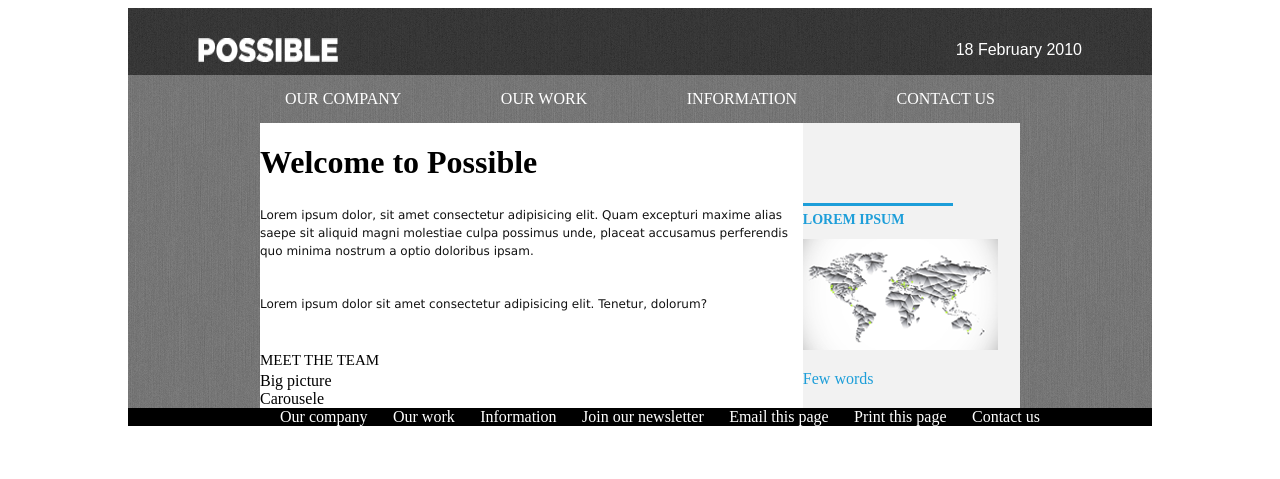
Repository: grzegorzgebala/possible-site
Page: index.html
The author's editor kept a copy of each file at every save. The page is drawn from the files as they stood at one save, then again after the next save.
The browser window is 1280 px wide. The pictures show the whole page.
The style sheet was rebuilt from its Sass, Less or Tailwind sources for each picture, by a compiler version that may differ from the author's.

Above is the page before, as saved 2020-02-15 22:31:24.

After the next save:
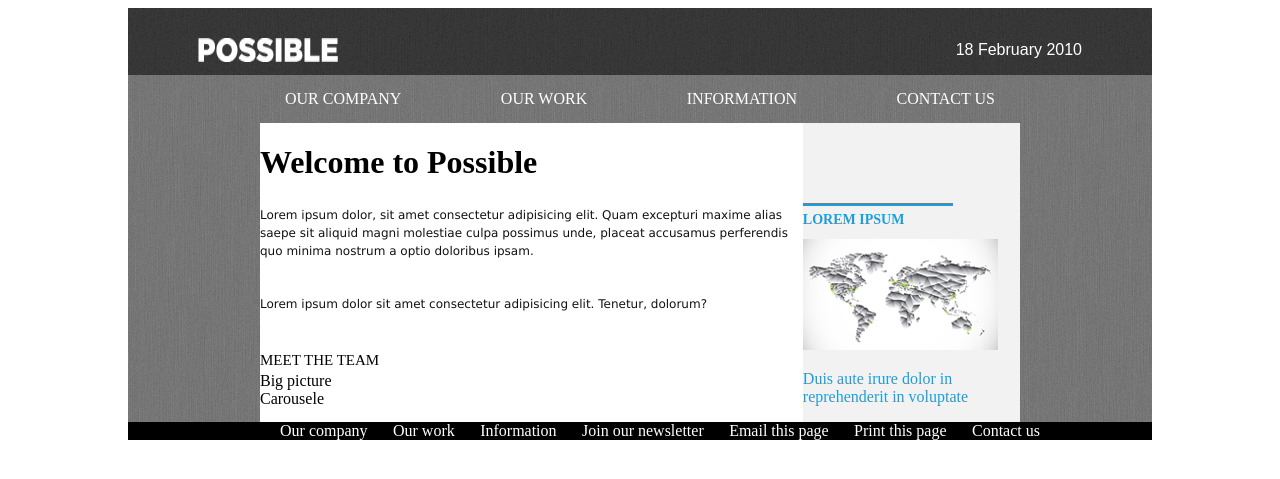
Saved 25 s later.
--- a/index.html
+++ b/index.html
@@ -33,7 +33,7 @@
                 <div class="rightSide">
                     <div class="rightTitle">lorem ipsum</div>
                     <img src="/images/map.png" alt="map">
-                    <p>Few words</p>
+                    <p>Duis aute irure dolor  in reprehenderit in voluptate</p>
                 </div>
             </div>
             <footer>
